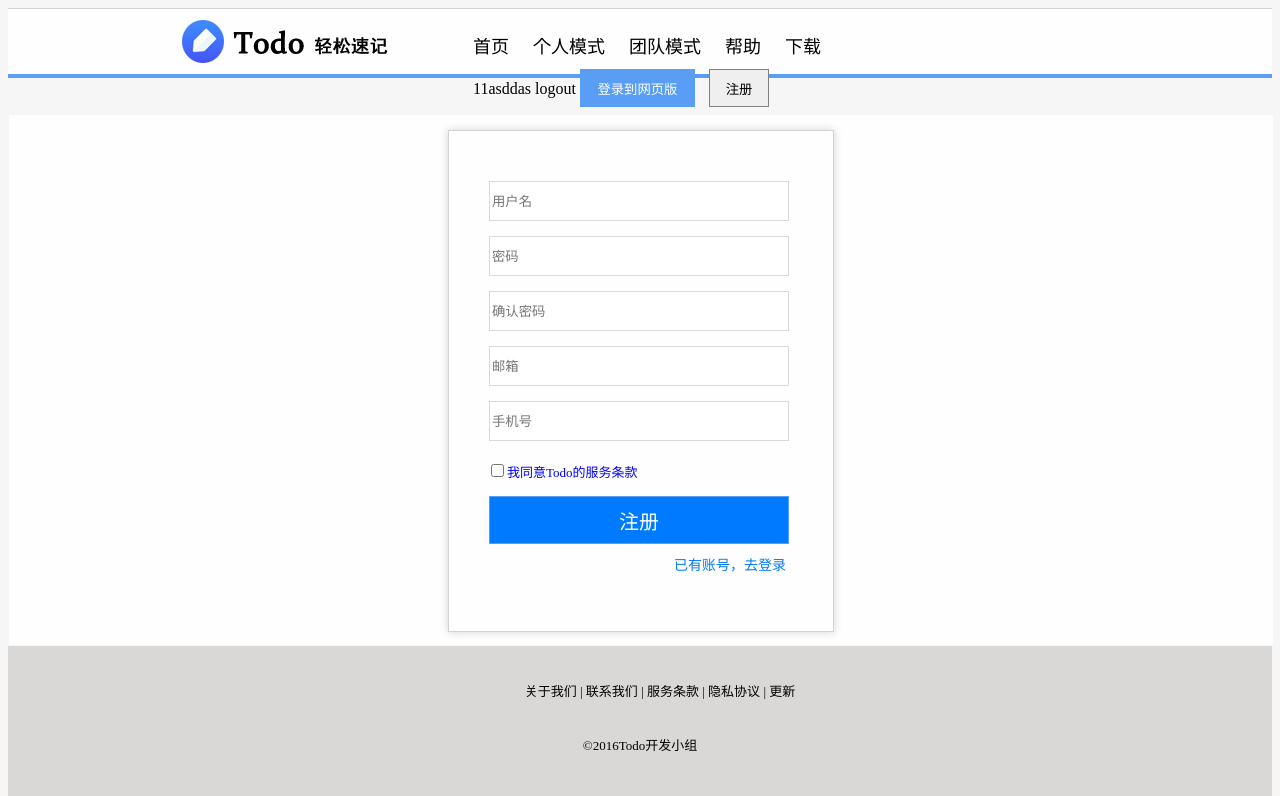
Repository: lengchang/Todo
Page: http://localhost/Todoweb/register.jsp
These files come from the project's save history. The page is drawn as it stood at one moment and after the next save; the edit follows.
The browser window is 1280 px wide. The pictures show the whole page.
The page is served by Tomcat 9. Other server files are loaded and not shown. The template is opened directly, without the code that normally fills it, so the values that code supplies are empty.

Above is the page before, as saved 2016-12-13 07:18:55.

### Todoweb/WebContent/register.jsp
<%@ page language="java" contentType="text/html; charset=UTF-8"
	pageEncoding="UTF-8"%>
<%@ taglib prefix="s" uri="/struts-tags"%>
<HTML !DOCTYPE>
<head>
<meta charset="utf-8">
<title>Todo|登录</title>
<link rel="stylesheet" type="text/css" href="./css/regist.css" />
</head>
<body>
	<header>
		<s:include value="./Master/nav.jsp" />
	</header>
	<article>
		<div id="regist_container">
			<form action="regist" method="post">
				<s:fielderror />
				<input type="text" id="user_name" name="username" placeholder="用户名" required><br />
				<input type="password" id="user_pass" name="password" placeholder="密码" required><br />
				<input type="password" id="user_pass_agin" name="repassword" placeholder="确认密码" required><br />
				<input type="email" id="user_email" name="email" placeholder="邮箱" required><br />
				<input type="text" id="user_phone" name="phonenumber" placeholder="手机号" required><br />
				<div id="about_pass">
					<span id="remember_pass_span"><input type="checkbox" required>我同意Todo的服务条款</span>
				</div>
				<input type="submit" value="注册" id="regist_button"><br />
			</form>
			<a href="./login.jsp" id="gotologin_">已有账号，去登录</a>
		</div>
	</article>
	<footer>
		<s:include value="./Master/footer.jsp" />
	</footer>
</body>
</HTML>

### Todoweb/WebContent/Master/nav.jsp
<%@ page pageEncoding="UTF-8"%>
<%@ taglib prefix="s" uri="/struts-tags"%>
<div id="top_logo">
	<a href="/Todoweb/index.jsp"> <img src="./img/logo.png">
	</a>
</div>
<nav id="top_nav">
	<ul>
		<a href="/Todoweb/index.jsp" id="index_firstpage"><li
			class="top_nav" id="ul_index">首页</li></a>
		<a href="self_mode_use.html" id="self_mode"><li class="top_nav">个人模式</li></a>
		<a href="team_mode_use.html" id="team_mode"><li class="top_nav">团队模式</li></a>
		<a href="help.html" id="help"><li class="top_nav">帮助</li></a>
		<a href="download.html" id="download"><li class="top_nav">下载</li></a>
	</ul>
</nav>
<div id="top_button">

		<a href="/Todoweb/acessUserinfo.action">11asddas${session.username}</a>
		<a href="/Todoweb/logout.action">logout</a>

	<s:if test="#session['username']==null">
		<a href="/Todoweb/login.jsp"><button id="button_login">登录到网页版</button></a>
		<a href="/Todoweb/register.jsp"><button id="button_regist">注册</button></a>
	</s:if>
</div>

### Todoweb/WebContent/Master/footer.jsp
<%@ page pageEncoding="UTF-8"%>
<div id="about_us">
	<ul>
		<a href="about_us.html"><li class="no_last">关于我们</li></a>
		<a href="email.html"><li class="no_last">联系我们</li></a>
		<a href="serve.html"><li class="no_last">服务条款</li></a>
		<a href="serect.html"><li class="no_last">隐私协议</li></a>
		<a href="update.html"><li class="no_">更新</li></a>
	</ul>
</div>
<div id="about_team">©2016Todo开发小组</div>

### Todoweb/WebContent/css/regist.css
body{
    background: #F6F6F6;
}
header{
    width:100%;
    height:65px;
    border-top: solid lightgray 1px;
    border-bottom: solid #599EF4  4px;
    background: #FEFEFE;
}
[id^=top]{
    height:45px;
}
#top_logo{
    width: 240px;
    margin-left: 165px;
    float: left;
    margin-top:10px;
}
#top_nav{
    width: 500px;
    float: left;
}
li{
    display: inline-block;
    list-style: none;
}
nav ul li{
    margin-left: 20px;
    margin-top:7px;
    font-size: 18px;
}
a{
    text-decoration-line: none;
    color: #000000;
}
[id$=button]{
    width: 300px;
    margin-left: 60px;
    margin-top:15px;
    float: left;
}
[id^=button]{
    height: 38px;
}
[id$=login]{
    width:115px;
    background: #599EF4;
    border:solid #599EF4 1px;
    color: white;
}
[id$=login]:hover,#login_button:hover{
    background: rgba(68,87,247,0.9);
    border:solid blue 1px;
    color: white;
}
#button_regist{
    width:60px;
    margin-left: 10px;
    border:solid gray 1px;
    color: #000000;
}
#button_regist:hover{
    background: rgba(254,254,254,0.7);
    border:solid gray 1px;
    color: #000000;
}
article{
    width: 100%;
    height:530px;
    background: #FEFEFE;
    float: left;
    margin: 1px;
}
footer{
    width: 100%;
    height: 150px;
    background: #D9D8D7;
    float:left;

}
[id^=about]{
    text-align: center;
    margin-top:35px;
    font-size:13px;
}
#about_us ul li.no_last::after{
    content: " | ";
}
#regist_container{
    width: 384px;
    height:500px;
    border: solid lightgrey 1.5px;
    margin: 15px auto;
    box-shadow: 0 0 8px lightgray;
}
[id^=user]{
    width: 300px;
    height: 40px;
    border:solid #D9D9D9 1px;
    margin-left: 40px;
    color: gray;
}
[id$=name]{
    margin-top:50px;
}
[id*=pass],[id$=email],[id$=phone]{
    margin-top:15px;
}
article #regist_container label{
    font-size: 13px;
    color: darkblue;
}
[id^=pass]{
    margin-top: 20px;
}
[id*=forget]{
    margin-left: 180px;
}
#regist_button{
    width: 300px;
    height:48px;
    margin-left: 40px;
    background: #007AFF;
    border: solid #599EF4 1px;
    font-size: 20px;
    color: white;
}
#gotologin_{
    width: 150px;
    height:20px;
    display: block;
    margin-top:55px;
    margin-left:225px;
    font-size: 14px;
    color: #007AFF;
}
#about_pass{
    color: blue;
    text-align: left;
    padding-left: 38px;
    margin-top: 20px;
}
#forget_pass_span{
    color: blue;
}
header nav ul li{
    height: 38px;
}
header nav ul li:hover{
    border-bottom: solid #4560FA 4px;
}
[class^=no_]:hover{
    color: blue;
}
[class^=top_nav]:hover{
    color: #4560FA;
}

After the next save:
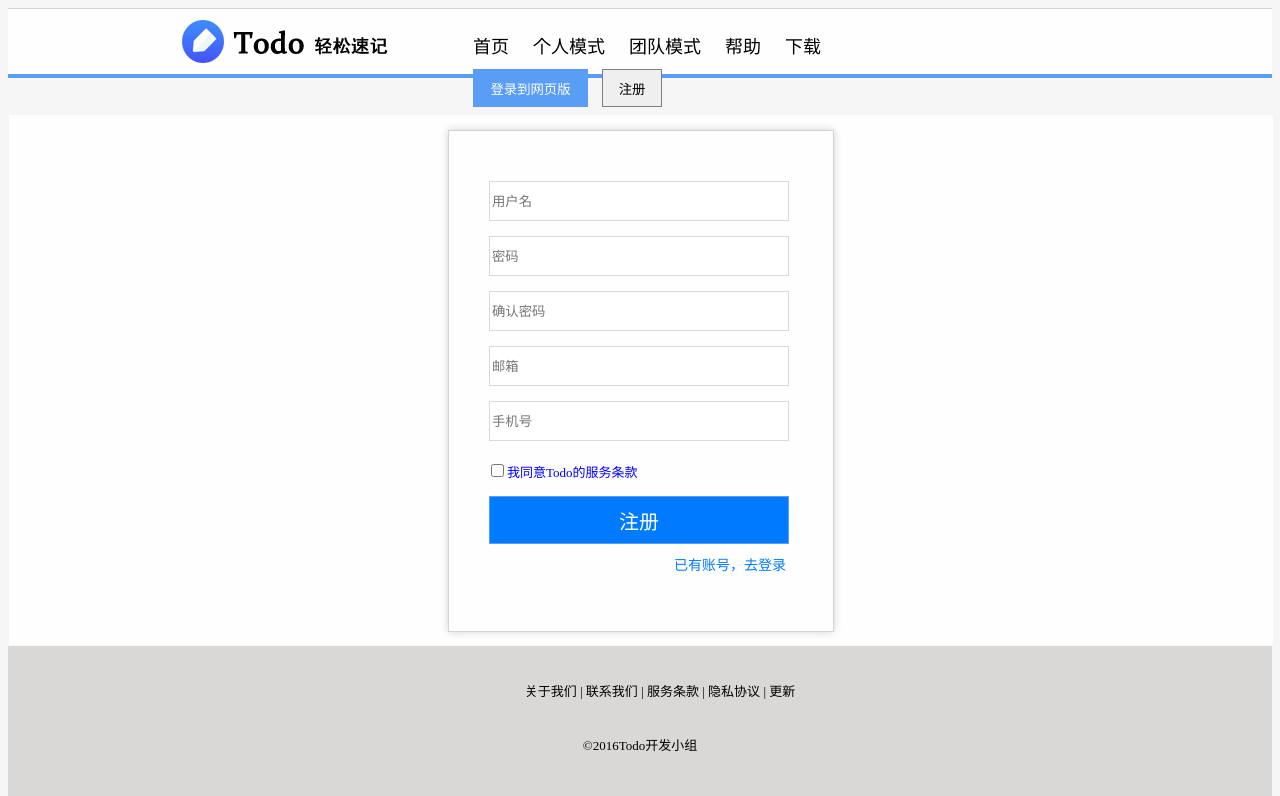
Saved 37 s later.
--- a/Todoweb/WebContent/Master/nav.jsp
+++ b/Todoweb/WebContent/Master/nav.jsp
@@ -15,10 +15,10 @@
 	</ul>
 </nav>
 <div id="top_button">
-
+<s:if test="#session['username']!=null">
 		<a href="/Todoweb/acessUserinfo.action">11asddas${session.username}</a>
 		<a href="/Todoweb/logout.action">logout</a>
-
+</s:if>
 	<s:if test="#session['username']==null">
 		<a href="/Todoweb/login.jsp"><button id="button_login">登录到网页版</button></a>
 		<a href="/Todoweb/register.jsp"><button id="button_regist">注册</button></a>
